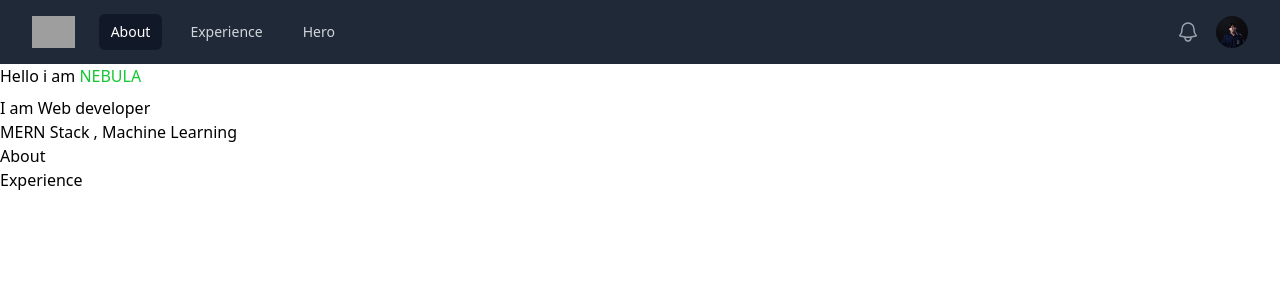
Repository: supakorn5039-boon/React-f
Page: /
The author's editor kept a copy of each file at every save. The page is drawn from the files as they stood at one save, then again after a run of saves.
The browser window is 1280 px wide. The pictures show the whole page.
Pictures or frames that could not be fetched are drawn as grey boxes. The project was rebuilt for these pictures with package versions that can differ from the ones it lists, and the page was loaded fresh each time. Also part of the build but not shown: vite.config.js.

Above is the page before, as saved 2024-01-09 10:53:51.

After the next 3 saves:
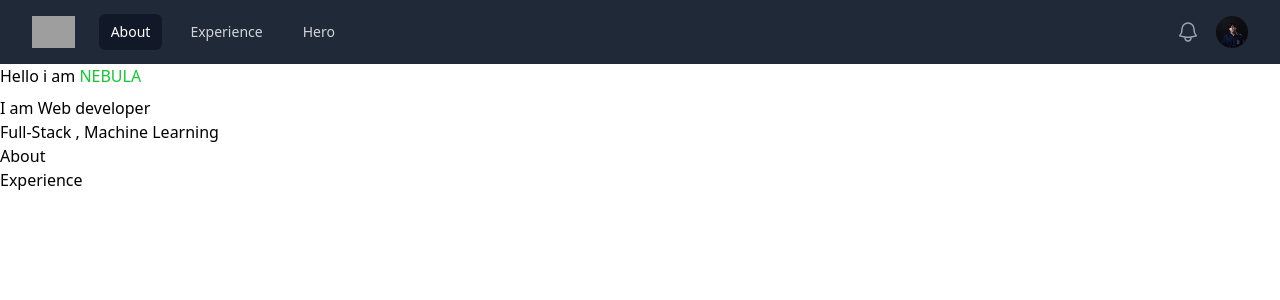
The 3 saves are shown as one change because they came seconds apart.
The last was saved 13 s later.
--- a/src/components/Hero.jsx
+++ b/src/components/Hero.jsx
@@ -7,8 +7,8 @@ export default function Hero() {
             Hello i am <span className="text-[#16c734]">NEBULA</span>
           </h1>
           <p className="heroSubText mt-2 text-white-100">
-            I am Web developer <br/>
-            MERN Stack , Machine Learning
+            I am Web developer <br />
+            Full-Stack , Machine Learning
           </p>
         </div>
       </div>
